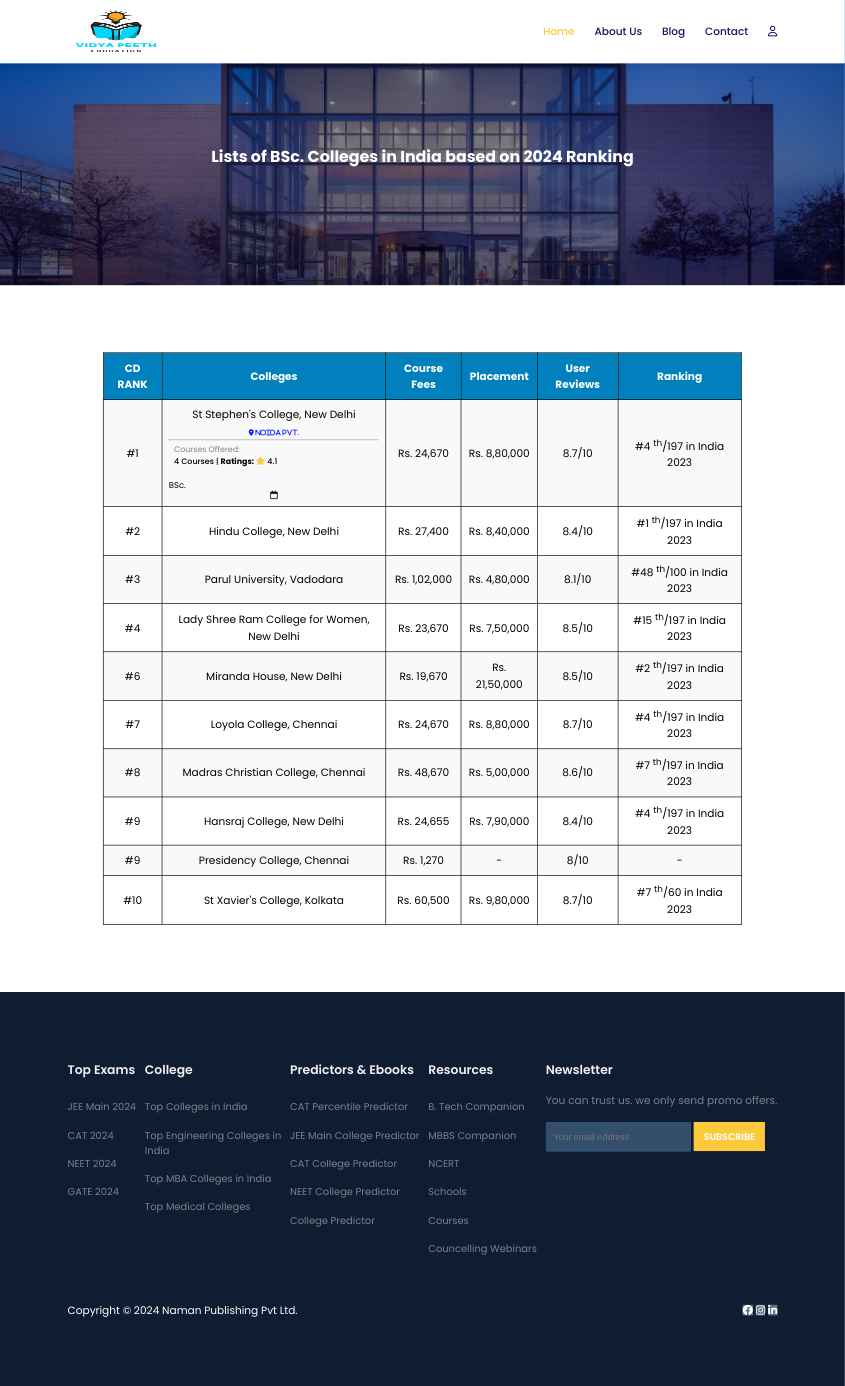
Repository: NamanSahu09/VidyaPreet-Ed-Tech-Website
Page: bsc.html
These files come from the project's save history. The page is drawn as it stood at one moment and after the next save; the edit follows.
The browser window is 1280 px wide. The pictures show the whole page, at 66% of full size.
Some web libraries are served in a nearby version.

Above is the page before, as saved 2024-04-12 13:00:28.

After the next save:
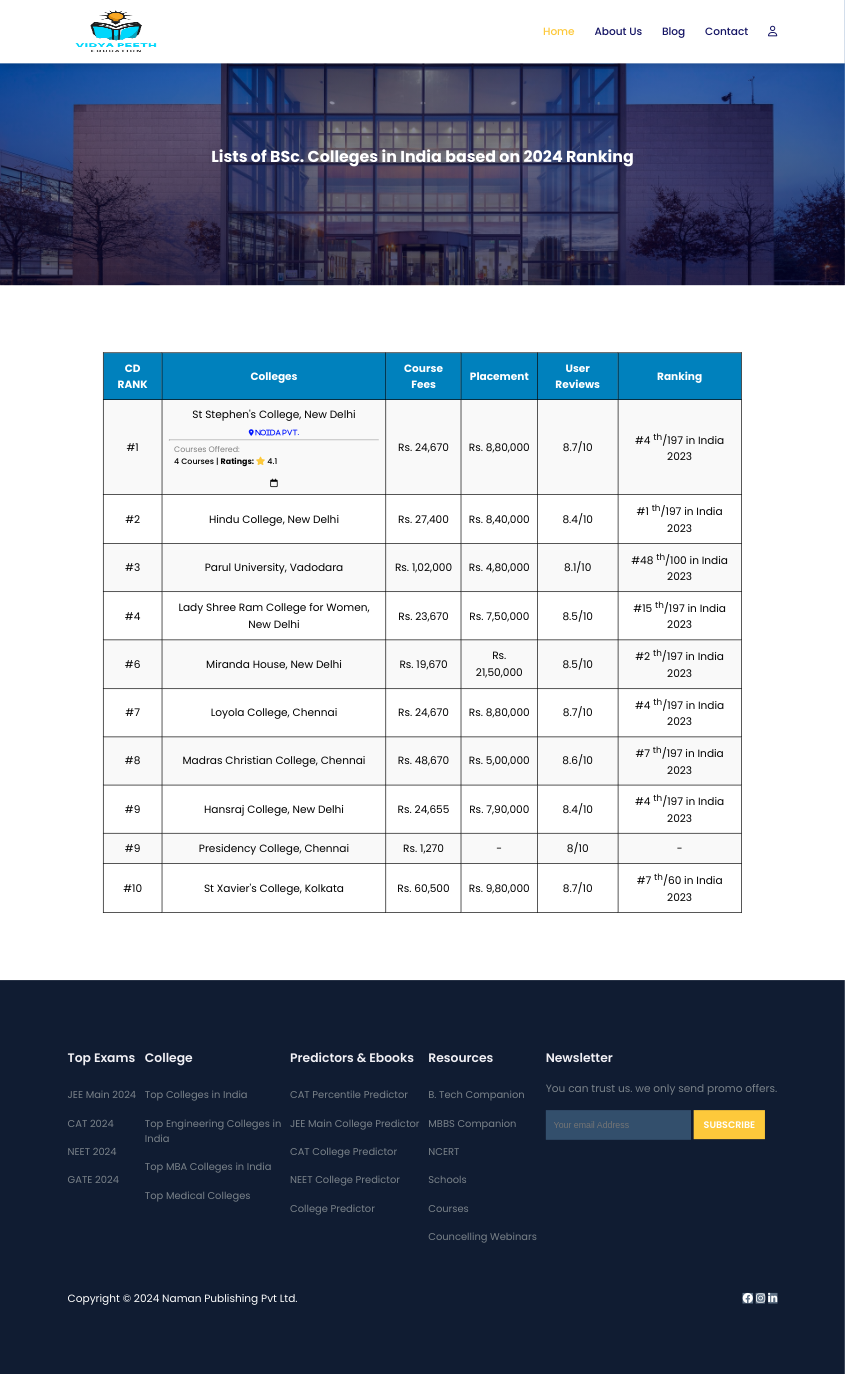
Saved 3 s later.
--- a/bsc.html
+++ b/bsc.html
@@ -148,7 +148,7 @@
 			<b>Ratings: </b><i align="left" class="fa-solid fa-star"></i> 4.1
 	</p>
 <br>
-	<p align="left">BSc. </p><i class="fa-regular fa-calendar"></i>
+	<i class="fa-regular fa-calendar"></i>
 
 </div>
 
